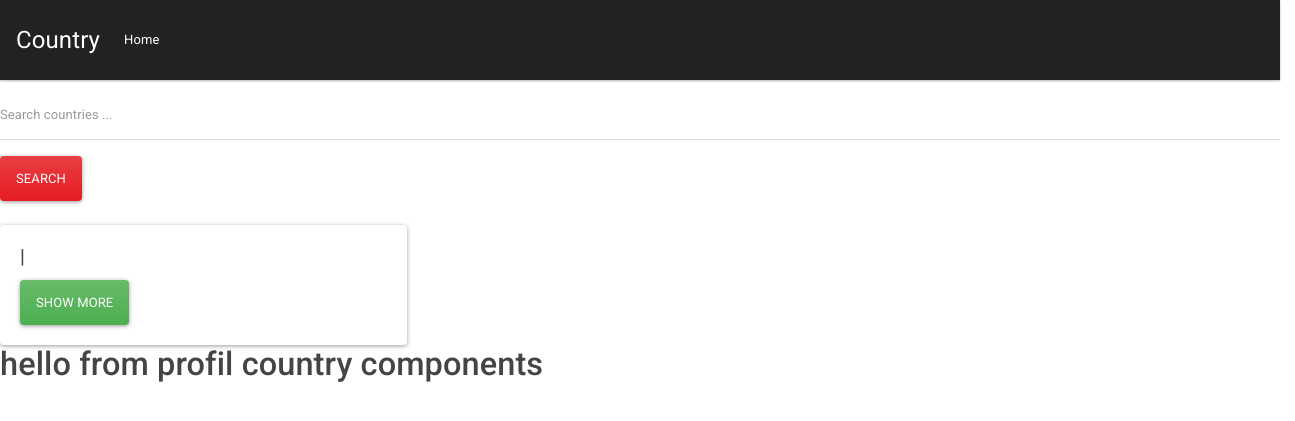
Repository: abdelhak-f/Countries_React
Page: /ProfileCountry (app in client/)
An editor plug-in stored every save of this project. The page is shown before and after the next save, followed by the edit.
The browser window is 1280 px wide. The page is 1295 px wide, then 1280 px, so the pictures cover 1295 px, including what lies to the right of the window. The pictures show the whole page.
The page's requests for data from a server got no answer. The project was rebuilt for these pictures with package versions that can differ from the ones it lists, and the page was loaded fresh each time. No one was signed in, and anything a server would have sent is missing.

Above is the page before, as saved 2021-05-09 18:31:01.

After the next save:
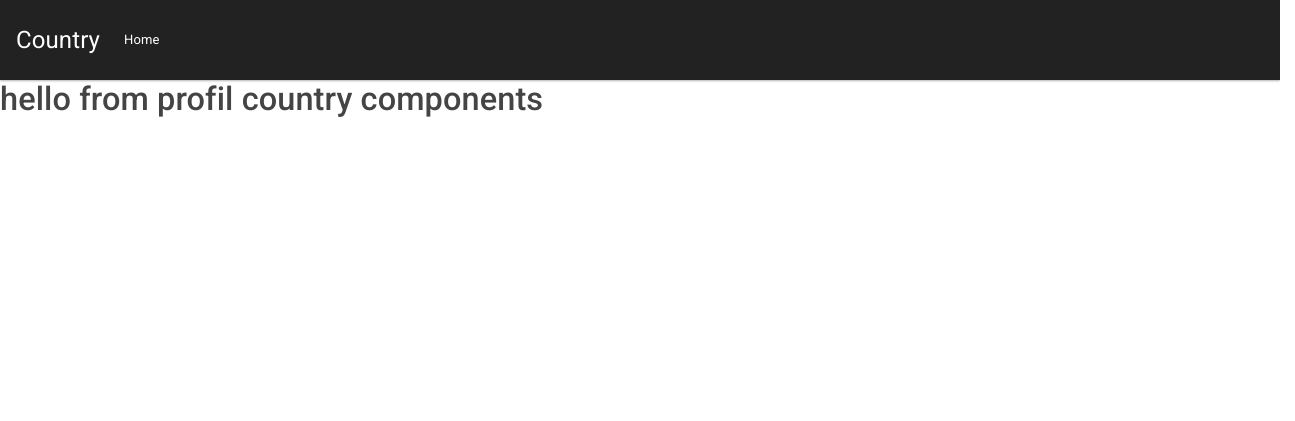
Saved 30 s later.
--- a/client/src/components/countrys/ProfilCountry.jsx
+++ b/client/src/components/countrys/ProfilCountry.jsx
@@ -1,6 +1,6 @@
 import React, { Component } from 'react';
 import axios from 'axios';
-import Country from '../AllCountries'
+import Country from './Country'
 
 class ProfileCountry extends Component {
 
@@ -9,7 +9,7 @@ class ProfileCountry extends Component {
   render() {
     return (
       <div>
-          <Country />
+          <ountry />
           <h1>hello from profil country components</h1>
       </div>
     )
